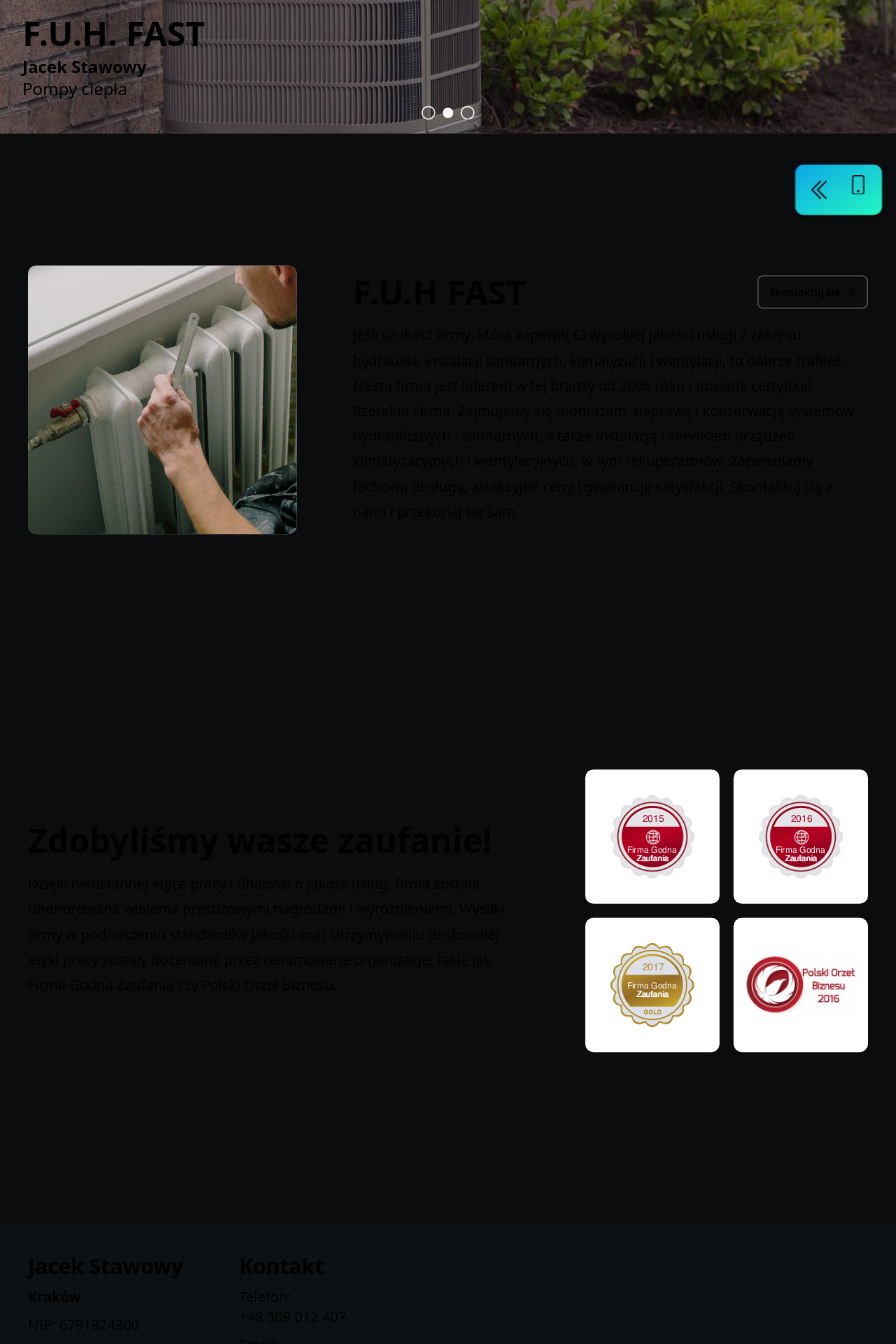
Repository: piotrokrutniak/Fast-CompanyWebsite
Page: /
The author's editor kept a copy of each file at every save. The page is drawn from the files as they stood at one save, then again after the next save.
The browser window is 1280 px wide. The pictures show the part of the page from y = 393 to 2313 px (the page is 2540 px tall before and 3260 px after), at 70% of full size.
The project was rebuilt for these pictures with package versions that can differ from the ones it lists, and the page was loaded fresh each time. The framework's server and built-in components were replaced by stand-ins that run in the browser. Also part of the build but not shown: next.config.js, src/app/components/common/carousel.js.

Above is the page before, as saved 2023-10-22 14:48:19.

### src/app/layout.js
import FootBar from './components/footbar/footbar'
import Navbar from './components/navbar/navbar'
import QuickContact from './components/quickContact'
import './globals.css'
import { Inter } from 'next/font/google'

const inter = Inter({ subsets: ['latin'] })

export const metadata = {
  title: 'Fast - Klimatyzacje Kraków',
  description: 'F.U.H. Fast Jacek Stawowy - Klimatyzacje Kraków-Niepołomice',
}

export default function RootLayout({ children }) {
  return (
    <html lang="pl" className="!scroll-smooth">
      <body className='bg-black min-w-mobile overflow-x-clip'>
        <div className='bg-slate-500/10 min-h-screen relative'>
          <Navbar/>
          {children}
          <QuickContact/>
          <FootBar/>
        </div>
      </body>
    </html>
  )
}

### src/app/page.js
import Image from 'next/image'
import CarouselComponent from './components/common/carousel';
import ButtonBase from './components/common/buttonBase';
import {BsSend} from "react-icons/bs"
import award2015 from "./media/img/2015.png"
import award2016 from "./media/img/2016.png"
import award2017 from "./media/img/2017gold.png"
import award2016orzel from "./media/img/pob.jpg"
import ac1 from "./media/img/air-conditioning-2.jpg"
import ac2 from "./media/img/heat-pump-2.jpg"
import ac3 from "./media/img/heating-2.jpg"
import Link from 'next/link';
import { CarouselSlider } from './components/common/carouselSlider';

export default function Home() {

  const slides = [
    {img: ac1, desc:"Klimatyzacje"},
    {img: ac2, desc:"Pompy ciepła"},
    {img: ac3, desc:"Instalacje grzewcze"}
  ]

  return (
    <>
    <CarouselSlider slides={slides}/>
    <main className="min-h-screen">
      <div className="z-10 w-full items-center justify-between text-sm lg:flex p-10 max-xs:p-5">
        <div className='max-w-7xl m-auto flex gap-20 py-10 sm:py-32 align-middle h-full max-md:flex-col-reverse max-lg:gap-10'>
          <div className='w-96 h-96 shrink-0 bg-slate-500 rounded-xl relative self-center max-md:w-full overflow-clip'>
            <Image src={ac3} layout='fill' objectFit='cover'/>
          </div>
          <div className='relative self-center'>
            <div className='flex justify-between gap-5 max-lg:flex-col mb-5'>
              <h1 className='text-5xl font-semibold max-sm:text-3xl'>F.U.H FAST</h1>
              <Link href={"/kontakt"}>
                <ButtonBase text="Skontaktuj się" color="black" icon={<BsSend/>} className="px-2 h-12 border-solid border-2 border-white/25 hover:border-white w-fit"/>
              </Link>
            </div>
            <h2 className='text-xl font-thin leading-9 max-sm:text-lg'>Jeśli szukasz firmy, która zapewni Ci wysokiej jakości usługi z zakresu hydrauliki, instalacji sanitarnych, klimatyzacji i wentylacji, to dobrze trafiłeś. Nasza firma jest liderem w tej branży od 2006 roku i posiada certyfikat Rzetelna Firma. Zajmujemy się montażem, naprawą i konserwacją systemów hydraulicznych i sanitarnych, a także instalacją i serwisem urządzeń klimatyzacyjnych i wentylacyjnych, w tym rekuperatorów. Zapewniamy fachową obsługę, atrakcyjne ceny i gwarancję satysfakcji. Skontaktuj się z nami i przekonaj się sam.</h2>
          </div>
        </div>
      </div>
      <div className="z-10 w-full items-center justify-between text-sm lg:flex p-10 max-xs:p-5">
        <div className='max-w-7xl m-auto flex gap-20 py-10 sm:py-32 align-middle h-full max-md:flex-col max-lg:gap-10'>
          <div className='relative self-center'>
            <div className='flex justify-between max-lg:flex-col gap-5 mb-5'>
              <h1 className='text-5xl font-semibold max-sm:text-3xl'>Zdobyliśmy wasze zaufanie!</h1>
            </div>
            <h2 className='text-xl font-thin leading-9 max-sm:text-lg'>Dzięki nieustannej etyce pracy i dbałości o jakość usług, firma została uhonorowana wieloma prestiżowymi nagrodami i wyróżnieniami. Wysiłki firmy w podnoszeniu standardów jakości oraz utrzymywaniu doskonałej etyki pracy zostały docenione przez renomowane organizacje, takie jak Firma Godna Zaufania czy Polski Orzeł Biznesu.</h2>
          </div>
          <div className='flex self-center shrink-0 h-full max-md:pt-10 max-sm:pt-5'>
            <div className='grid grid-cols-2 gap-5 self-center'>
              <Link href="https://www.firmagodnazaufania.pl/about" target="_blank">
                <div className='w-48 h-48 shrink-0 bg-white rounded-xl relative items-center justify-center flex cursor-pointer max-sm:w-36 max-sm:h-36 p-4'>
                  <Image src={award2015} alt="Firma Godna Zaufania 2015" className='text-black' width={120} height={120}/>
                </div>
              </Link>
              <Link href="https://www.firmagodnazaufania.pl/about" target="_blank">
                <div className='w-48 h-48 shrink-0 bg-white rounded-xl relative items-center justify-center flex cursor-pointer max-sm:w-36 max-sm:h-36 p-4'>
                  <Image src={award2016} alt="Firma Godna Zaufania 2015" className='text-black' width={120} height={120}/>
                </div>
              </Link>
              <Link href="https://www.firmagodnazaufania.pl/about" target="_blank">
                <div className='w-48 h-48 shrink-0 bg-white rounded-xl relative items-center justify-center flex cursor-pointer max-sm:w-36 max-sm:h-36 p-4'>
                  <Image src={award2017} alt="Firma Godna Zaufania 2015" className='text-black' width={120} height={120}/>
                </div>
              </Link>
              <Link href="http://www.polskiorzelbiznesu.pl/" target="_blank">
                <div className='w-48 h-48 shrink-0 bg-white rounded-xl relative items-center justify-center flex cursor-pointer max-sm:w-36 max-sm:h-36 p-4'>
                  <Image src={award2016orzel} alt="Firma Godna Zaufania 2015" className='text-black' width={170} height={120}/>
                </div>
              </Link>
            </div>
          </div>
        </div>
      </div>
    </main>
    </>
  )
}

### src/app/components/footbar/footbar.js
import Link from "next/link";

export default function FootBar(){
    return(
        <footer className="bg-slate-500/5 mt-20">
            <div className="max-w-7xl w-full max-sm:px-5 p-10 flex gap-8 sm:gap-20 m-auto">
                <div className="flex flex-col gap-3">
                    <h1 className="font-bold text-2xl md:text-3xl">Jacek Stawowy</h1>
                    <h2 className="font-semibold text-xl">Kraków</h2>
                    <h2 className="font-thin text-xl">NIP: 6791924300</h2>
                </div>

                <div className="flex flex-col gap-3">
                    <h1 className="font-bold text-2xl md:text-3xl">Kontakt</h1>
                    <h2 className="font-thin text-xl">Telefon:
                    <Link href={"tel:+48 509 012 407"} className="cursor-pointer hover:text-emerald-200">
                        <p className="whitespace-nowrap">
                            +48 509 012 407
                        </p>
                    </Link>
                    </h2>
                    <h2 className="font-thin text-xl">Email:
                    <Link href={"email:fast@firma.pl"} className="cursor-pointer hover:text-emerald-200">
                        <p className="whitespace-nowrap">
                            fast@firma.pl
                        </p>
                    </Link>
                    </h2>
                    <h2 className="font-thin text-xl">Pon-Pt 8.00-19.00</h2>
                </div>
            </div>
            <div className="bg-black flex p-10 ">
                <div className="xs:m-auto w-fit">
                    © Piotr Okrutniak 2022
                </div>
            </div>
        </footer>
    )
}

### src/app/components/navbar/navbar.js
"use client";
import { useState } from "react";
import ButtonBase from "../common/buttonBase";
import AcLogo from "../icons/ac";
import {BsList, BsXLg} from "react-icons/bs";
import Link from "next/link";

export default function Navbar(){
    const [mobileOpen, setMobileOpen] = useState(false)

    return(
        <nav className="sticky bg-black top-0 w-full py-3 px-5 sm:px-3  z-50">
            <div className="flex justify-between mx-auto max-w-7xl h-auto align-middle">
                <Link href="/">
                    <div className="text-white text-4xl font-bold hover:cursor-pointer flex gap-2 align-middle
                        hover:text-emerald-200 hover:fill-emerald-200 fill-white active:opacity-90 transition-all">
                        <AcLogo className="h-10 w-10 top-px relative"/>
                        FAST
                    </div>
                </Link>
                <div className="align-middle gap-5 text-black transition-all ease-in hidden sm:flex">
                    <Link href="/oferta">
                        <ButtonBase text="Oferta" color="bg-transparent" className="hover:bg-slate-400/25 text-white"  onClick={() => setMobileOpen(false)}/>
                    </Link>
                    <Link href="/kontakt">
                        <ButtonBase text="Kontakt" color="bg-transparent" className="hover:bg-slate-400/25 text-white"  onClick={() => setMobileOpen(false)}/>
                    </Link>
                    <Link href="/realizacje">
                        <ButtonBase text="Realizacje" color="bg-transparent" className="hover:bg-slate-400/25 text-white"  onClick={() => setMobileOpen(false)}/>
                    </Link>
                </div>
                <div className=" sm:hidden flex">
                    <BsList className="h-12 w-12 cursor-pointer hover:fill-emerald-200 active:opacity-90" onClick={() => setMobileOpen(true)}/>
                </div>
            </div>

            <div className={`${mobileOpen ? "" : "translate-x-full"} absolute w-screen h-screen bg-black left-0 top-0 sm:hidden transition-all`}>
                <div id="mobile-header" className="flex p-3 cursor-pointer" onClick={() => setMobileOpen(false)}>
                    <BsXLg className="w-14 h-14 p-2 hover:fill-emerald-200 active:opacity-70 absolute right-4"/>
                </div>
                <div id="mobile-list" className="flex flex-col w-full gap-8 justify-center text-xl px-5 py-32">
                    <Link href="/kontakt" onClick={() => setMobileOpen(false)}>
                        <ButtonBase text="Kontakt" className="w-full py-6 px-10 bg-gradient-to-br hover:from-sky-500 hover:to-emerald-200 self-center" color="bg-slate-500/25"/>
                    </Link>
                    <Link href="/oferta" onClick={() => setMobileOpen(false)}>
                        <ButtonBase text="Oferta" className="w-full py-6 px-10 bg-gradient-to-br hover:from-sky-500 hover:to-emerald-200 self-center" color="bg-slate-500/25"/>
                    </Link>
                    <Link href="/realizacje" onClick={() => setMobileOpen(false)}>
                        <ButtonBase text="Realizacje" className="w-full py-6 px-10 bg-gradient-to-br hover:from-sky-500 hover:to-emerald-200 self-center" color="bg-slate-500/25"/>
                    </Link>
                    <Link href="/" onClick={() => setMobileOpen(false)}>
                        <ButtonBase text="Strona Główna" className="w-full py-6 px-10 bg-gradient-to-br hover:from-sky-500 hover:to-emerald-200 self-center" color="bg-slate-500/25"/>
                    </Link>
                </div>
                <div className="p-10 justify-self-center w-full text-center bottom-0 absolute">
                    © Piotr Okrutniak 2022
                </div>
            </div>
        </nav>
    )
}

### src/app/components/quickContact.js
"use client";

import Link from "next/link";
import { useState } from "react"
import {BsChevronDoubleRight, BsPhone} from "react-icons/bs"

export default function QuickContact(){
    const [folded, setFolded] = useState(true)

    function Transition(){
        setFolded((old) => !old)
    }

    return(
        <div className="bg-gradient-to-br from-sky-500 to-emerald-200 rounded-xl w-fit sm:p-5 p-3 text-base
            font-normal shadow-md shadow-black/50 fixed right-5 bottom-5 flex items-center gap-4 transition-all ease-in-out whitespace-nowrap">
            <BsChevronDoubleRight className={`${folded ? "rotate-180" : "rotate-0"} transition-all ease-in h-8 w-8 cursor-pointer active:opacity-60 select-none`}
                onClick={() => Transition()}/>
            <div className="flex gap-2">
                <p className={`${folded ? "w-0" : "w-72 max-sm:w-44"} overflow-hidden transition-all ease-in flex max-sm:flex-col`}><p>Skontaktuj się z nami:</p> <Link href={"tel:+48 509 012 407"} className="cursor-pointer">+48 509 012 407</Link></p>
                <BsPhone className="h-7 w-7 animate-bounce self-center"/>
            </div>
        </div>
    )
}

### src/app/globals.css
@import 'tailwindcss/base';
@import 'tailwindcss/components';
@import 'tailwindcss/utilities';

:root {

}

@media (prefers-color-scheme: dark) {
  :root {
    --foreground-rgb: 255, 255, 255;
    scroll-behavior: smooth;
  }
}

body {
  color: rgb(var(--foreground-rgb));
  background: linear-gradient(
      to bottom,
      transparent,
      rgb(var(--background-end-rgb))
    )
    rgb(var(--background-start-rgb));
}

@layer base {
  html {
    scroll-behavior: smooth;
  }
}

### src/app/components/common/buttonBase.js
export default function ButtonBase({...props}){
    return(
        <button className={`${props.className} ${props.color ?? "bg-sky-500"} py-3 px-4 rounded-lg font-semibold active:opacity-80 flex items-center gap-2 whitespace-nowrap transition-all`}
            onClick={props.onClick}>
            {props.text} {props.icon ?? ""}
        </button>
    )
}

### src/app/components/common/carouselSlider.js
"use client"
import Image from "next/image"
import { useEffect, useRef, useState } from "react"
import { BsChevronCompactLeft, BsChevronCompactRight } from "react-icons/bs"


export function CarouselSlider({slides}){
    const [activeIndex, setActiveIndex] = useState(0)
    const [offsets, setOffsets] = useState([])

    useEffect(() => {
      slides.map((slide, x) => {
        offsets.push(`-translate-x-[${x*100}%]`);
        console.log(offsets)
      })
    }, [])


    function PrevSlide() {
      setActiveIndex(prevIndex => (prevIndex === 0 ? slides.length - 1 : prevIndex - 1))
    }

    function NextSlide() {
      setActiveIndex(prevIndex => (prevIndex === slides.length - 1 ? 0 : prevIndex + 1))
    }

    function GoToSlide(index) {
      setActiveIndex(index)
    }

    function useAutoSlide(intervalTime) {
      const intervalRef = useRef(null);

      function resetTimer() {
        clearInterval(intervalRef.current)
        startTimer()
      }

      function startTimer() {
        intervalRef.current = setInterval(() => {
          NextSlide();
        }, intervalTime)
      }

      useEffect(() => {
        startTimer()

        return () => {
          clearInterval(intervalRef.current)
        };
      }, []);

      useEffect(() => {
        resetTimer()
      }, [activeIndex])

      return resetTimer
    }

    const resetTimer = useAutoSlide(5000)

    return(
        <>
        <div className="w-full max-w-7xl relative mx-auto overflow-clip group">
        <div className={`relative w-full max-w-7xl h-128 flex overflow-visible transition-all`} style={{transform: `translateX(-${activeIndex * 100}%)`}}>
            {slides.map((image, index) => <CarouselPanel image={image} key={index} index={index} />)}
        </div>
        <div className='flex w-full justify-between center top-0 h-full place-items-center absolute p-2'>
            <div className='bg-black/10 p-2 rounded-2xl sm:hidden group-hover:block hover:bg-black/20 active:scale-95'>
                <BsChevronCompactLeft color='white' className='w-10 z-10 h-10 cursor-pointer opacity-60 hover:opacity-100
                    transition-all active:scale-95' onClick={() => PrevSlide()}/>
            </div>
            <div className='bg-black/10 p-2 z-10 rounded-2xl sm:hidden group-hover:block hover:bg-black/20 active:scale-95'>
                <BsChevronCompactRight color='white' className='w-10 h-10 cursor-pointer opacity-60 hover:opacity-100
                       transition-all active:scale-95' onClick={() => NextSlide()}/>
            </div>
        </div>
        <div className='absolute bottom-12 px-8 z-20 max-sm:px-5'>
            <div className='font-bold text-5xl relative max-sm:text-4xl'>F.U.H. FAST</div>
            <div className='font-semibold text-2xl pt-2 relative max-sm:text-xl'>Jacek Stawowy</div>
            <div className='font-thin text-2xl relative max-sm:text-lg'>{slides[activeIndex].desc}</div>
        </div>
        </div>
        <div className='flex justify-center relative gap-2 -top-10 transition-all'>
            {slides.map((slide, index) => {
                return <div key={index} onClick={() => GoToSlide(index)}
                    className={`${index === activeIndex ? "bg-white scale-75" : ""} cursor-pointer w-5 h-5 border-solid border-2 border-white/80
                    rounded-full hover:scale-110`}/>
            })}
        </div>
        </>
    )
}

function CarouselPanel({image, index}){
    const offset = `left-[${index * 100}%]`
    return (
        <div className={`w-full h-full absolute ${offset}`}>
            <Image src={image.img} alt={image.desc} layout='fill' objectFit='cover' className="h-full opacity-60"/>
        </div>
        )
}

### src/app/components/icons/ac.js
export default function AcLogo({...props}){
    return(
        <svg
            xmlns="http://www.w3.org/2000/svg"
            xmlSpace="preserve"
            width={800}
            height={800}
            viewBox="0 0 507.802 507.802"
            {...props}
        >
            <path d="M465.7 47.901H42.3c-23.3 0-42.3 18.9-42.3 42.3v313.3c0 23.3 19 42.3 42.3 42.3h16.1c0 7.8 6.3 14.1 14.1 14.1H139c7.8 0 14.1-6.3 14.1-14.1h201.6c0 7.8 6.3 14.1 14.1 14.1h66.5c7.8 0 14.1-6.3 14.1-14.1h16.1c23.3 0 42.3-19 42.3-42.3v-313.3c.2-23.4-18.8-42.3-42.1-42.3zm0 369.7H42.3c-7.8 0-14.1-6.3-14.1-14.1v-313.3c0-7.8 6.3-14.1 14.1-14.1h423.3c7.8 0 14.1 6.3 14.1 14.1v313.3h.1c0 7.8-6.3 14.1-14.1 14.1z" />
            <path d="M435.6 107.801H391c-7.8 0-14.1 6.3-14.1 14.1s6.3 14.1 14.1 14.1h44.6c7.8 0 14.1-6.3 14.1-14.1s-6.3-14.1-14.1-14.1zM435.6 161.601H391c-7.8 0-14.1 6.3-14.1 14.1s6.3 14.1 14.1 14.1h44.6c7.8 0 14.1-6.3 14.1-14.1s-6.3-14.1-14.1-14.1zM435.6 215.301H391c-7.8 0-14.1 6.3-14.1 14.1s6.3 14.1 14.1 14.1h44.6c7.8 0 14.1-6.3 14.1-14.1s-6.3-14.1-14.1-14.1zM435.6 269.101H391c-7.8 0-14.1 6.3-14.1 14.1s6.3 14.1 14.1 14.1h44.6c7.8 0 14.1-6.3 14.1-14.1s-6.3-14.1-14.1-14.1zM198.3 99.701c-81.1 0-147.1 66-147.1 147.1s66 147.1 147.1 147.1 147.1-66 147.1-147.1-66-147.1-147.1-147.1zm-80.9 233.9c-2-1.9-3.9-3.8-5.8-5.8h5.8v5.8zm0-34H92c-5.9-11.9-10-24.9-11.6-38.6h37v38.6zm0-66.9h-37c1.6-13.7 5.6-26.7 11.6-38.6h25.4v38.6zm0-66.8h-5.8c1.9-2 3.8-3.9 5.8-5.8v5.8zm66.8 198.9c-13.7-1.6-26.7-5.7-38.6-11.6v-25.4h38.6v37zm0-65.2h-38.6v-38.6h38.6v38.6zm0-66.9h-38.6v-38.6h38.6v38.6zm0-66.8h-38.6v-25.4c11.9-5.9 24.9-10 38.6-11.6v37zm95.1-5.8c2 1.9 3.9 3.8 5.8 5.8h-5.8v-5.8zm0 34h25.4c5.9 11.9 10 24.9 11.6 38.6h-37v-38.6zm-28.2 159.1c-11.9 5.9-24.9 10-38.6 11.6v-37h38.6v25.4zm0-53.6h-38.6v-38.6h38.6v38.6zm0-66.9h-38.6v-38.6h38.6v38.6zm0-66.8h-38.6v-37c13.7 1.6 26.7 5.7 38.6 11.6v25.4zm28.2 167.7v-5.8h5.8c-1.9 2-3.8 4-5.8 5.8zm0-34v-38.6h37c-1.6 13.7-5.7 26.7-11.6 38.6h-25.4z" />
        </svg>
    )
}

### tailwind.config.js
/** @type {import('tailwindcss').Config} */
module.exports = {
  mode: 'jit',
  content: [
    './src/pages/**/*.{js,ts,jsx,tsx,mdx}',
    './src/components/**/*.{js,ts,jsx,tsx,mdx}',
    './src/app/**/*.{js,ts,jsx,tsx,mdx}',
  ],
  theme: {
    extend: {
      backgroundImage: {
        'gradient-radial': 'radial-gradient(var(--tw-gradient-stops))',
        'gradient-conic':
          'conic-gradient(from 180deg at 50% 50%, var(--tw-gradient-stops))',
      },
      height:{
        'screen-1/2': '50vh',
        'screen-1/4': '25vh',
        'screen-3/4': '75vh',
        'screen-3/5': '60vh',
        'screen-2/3': '66vh',
        'screen-1/3': '33vh',
        '112': '28rem',
        '128': '32rem',
      },
      minHeight:{
        'screen-1/2': '50vh',
        'screen-1/4': '25vh',
        'screen-3/4': '75vh',
        'screen-2/3': '66vh',
        'screen-1/3': '33vh',
        '112': '28rem',
        '128': '32rem',
      },
      width:{
        '112': '28rem',
        '128': '32rem',
      },
      colors:{
        "emerald":{
          "50": "#b0fde8",
          "100": "#60FBD2",
          "200": "#24F9C1",
          "400": "#06EFB1",
          "500": "#06d6a0",
        }
      },
      minWidth:{
        'mobile': '360px',
        '54': '258px',
      },
      screens:{
        'xs': '580px',
        '850': '850px',
      },
    },
  },
  plugins: [],
}

After the next save:
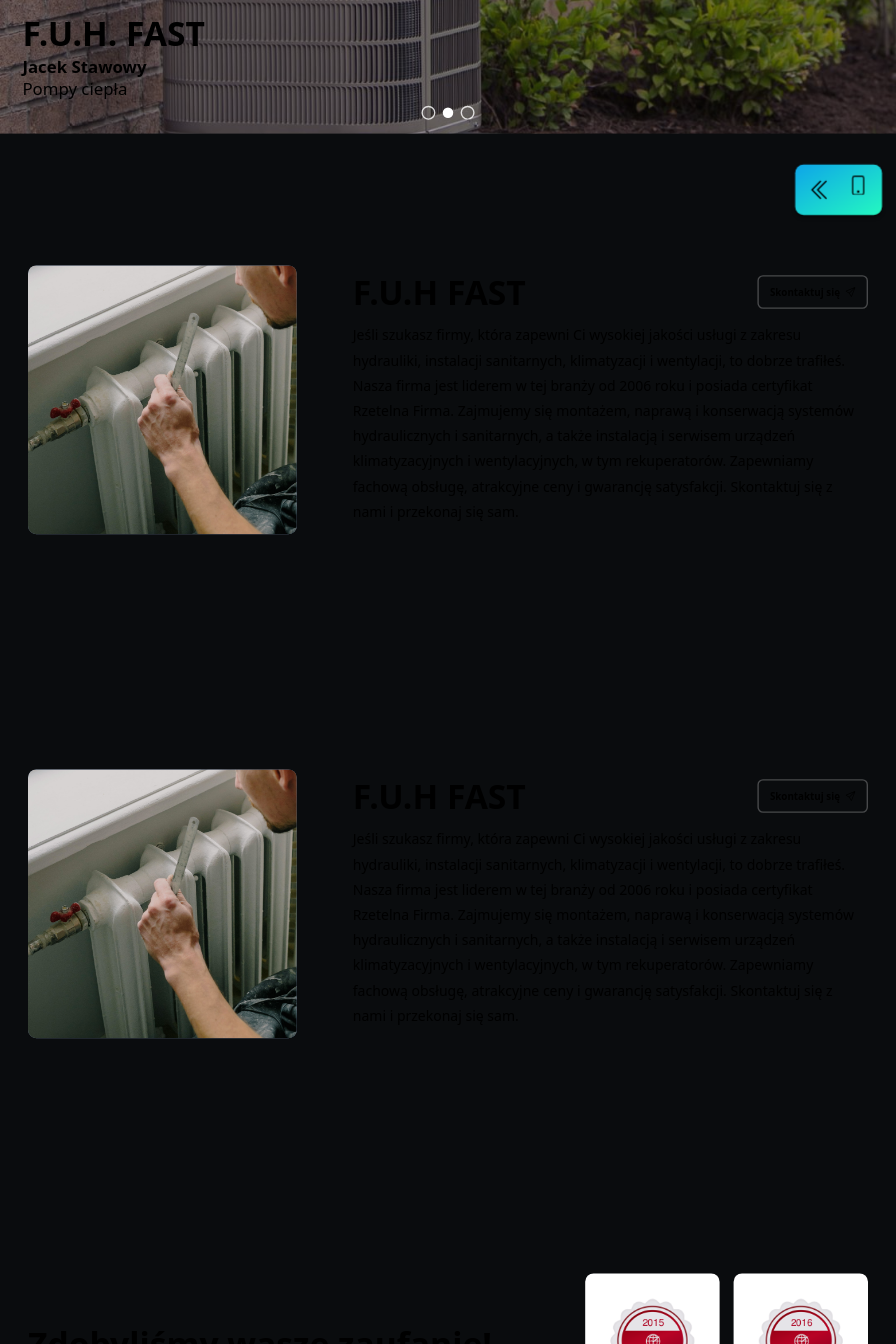
Saved 97 s later.
--- a/src/app/page.js
+++ b/src/app/page.js
@@ -1,5 +1,4 @@
 import Image from 'next/image'
-import CarouselComponent from './components/common/carousel';
 import ButtonBase from './components/common/buttonBase';
 import {BsSend} from "react-icons/bs"
 import award2015 from "./media/img/2015.png"
@@ -24,6 +23,22 @@ export default function Home() {
     <>
     <CarouselSlider slides={slides}/>
     <main className="min-h-screen">
+      <div className="z-10 w-full items-center justify-between text-sm lg:flex p-10 max-xs:p-5">
+        <div className='max-w-7xl m-auto flex gap-20 py-10 sm:py-32 align-middle h-full max-md:flex-col-reverse max-lg:gap-10'>
+          <div className='w-96 h-96 shrink-0 bg-slate-500 rounded-xl relative self-center max-md:w-full overflow-clip'>
+            <Image src={ac3} layout='fill' objectFit='cover'/>
+          </div>
+          <div className='relative self-center'>
+            <div className='flex justify-between gap-5 max-lg:flex-col mb-5'>
+              <h1 className='text-5xl font-semibold max-sm:text-3xl'>F.U.H FAST</h1>
+              <Link href={"/kontakt"}>
+                <ButtonBase text="Skontaktuj się" color="black" icon={<BsSend/>} className="px-2 h-12 border-solid border-2 border-white/25 hover:border-white w-fit"/>
+              </Link>
+            </div>
+            <h2 className='text-xl font-thin leading-9 max-sm:text-lg'>Jeśli szukasz firmy, która zapewni Ci wysokiej jakości usługi z zakresu hydrauliki, instalacji sanitarnych, klimatyzacji i wentylacji, to dobrze trafiłeś. Nasza firma jest liderem w tej branży od 2006 roku i posiada certyfikat Rzetelna Firma. Zajmujemy się montażem, naprawą i konserwacją systemów hydraulicznych i sanitarnych, a także instalacją i serwisem urządzeń klimatyzacyjnych i wentylacyjnych, w tym rekuperatorów. Zapewniamy fachową obsługę, atrakcyjne ceny i gwarancję satysfakcji. Skontaktuj się z nami i przekonaj się sam.</h2>
+          </div>
+        </div>
+      </div>
       <div className="z-10 w-full items-center justify-between text-sm lg:flex p-10 max-xs:p-5">
         <div className='max-w-7xl m-auto flex gap-20 py-10 sm:py-32 align-middle h-full max-md:flex-col-reverse max-lg:gap-10'>
           <div className='w-96 h-96 shrink-0 bg-slate-500 rounded-xl relative self-center max-md:w-full overflow-clip'>
